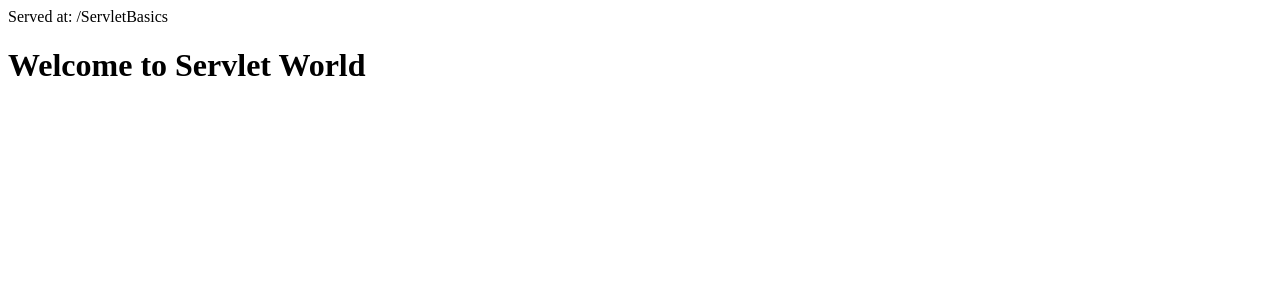
Repository: r-svp26/J2EE-Hands-On
Page: http://localhost/ServletBasics/HelloServlet
An editor plug-in stored every save of this project. The page is shown before and after the next save, followed by the edit.
The browser window is 1280 px wide. The pictures show the whole page.
The page is served by Tomcat 9.

Above is the page before, as saved 2020-01-03 12:35:34.

After the next save:
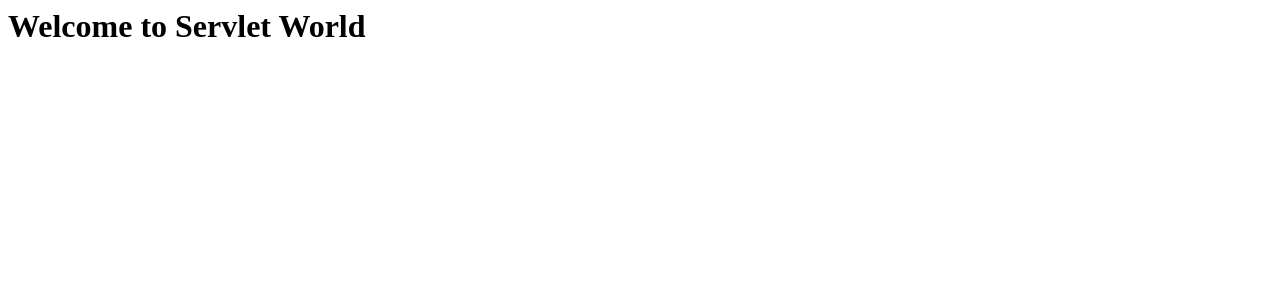
Saved 117 s later.
--- a/ServletBasics/src/com/servlet/HelloServlet.java
+++ b/ServletBasics/src/com/servlet/HelloServlet.java
@@ -17,7 +17,7 @@ public class HelloServlet extends HttpServlet {
 
 	protected void doGet(HttpServletRequest request, HttpServletResponse response) throws ServletException, IOException {
 		// TODO Auto-generated method stub
-		response.getWriter().append("Served at: ").append(request.getContextPath());
+		//response.getWriter().append("Served at: ").append(request.getContextPath());
 
 		 response.setContentType("text/html");
 		 PrintWriter out = response.getWriter();
